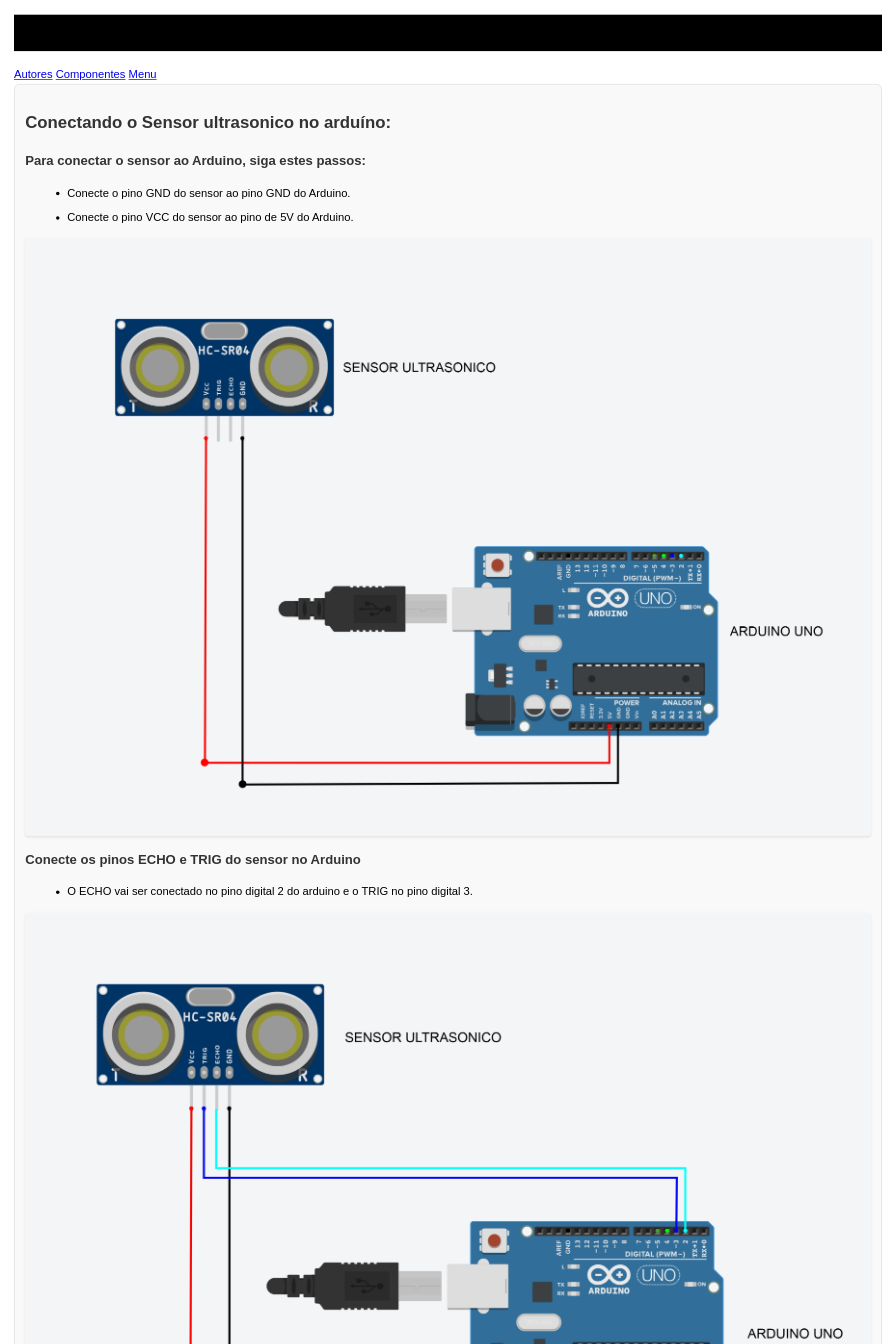
Repository: Eito2511/Site-tutorial-arduino
Page: tutorial.html
These files come from the project's save history. The page is drawn as it stood at one moment and after the next save; the edit follows.
The browser window is 1280 px wide. The pictures show the part of the page from y = 0 to 1920 px (the page is 4347 px tall before and 4499 px after), at 70% of full size.

Above is the page before, as saved 2025-06-03 18:52:51.

After the next save:
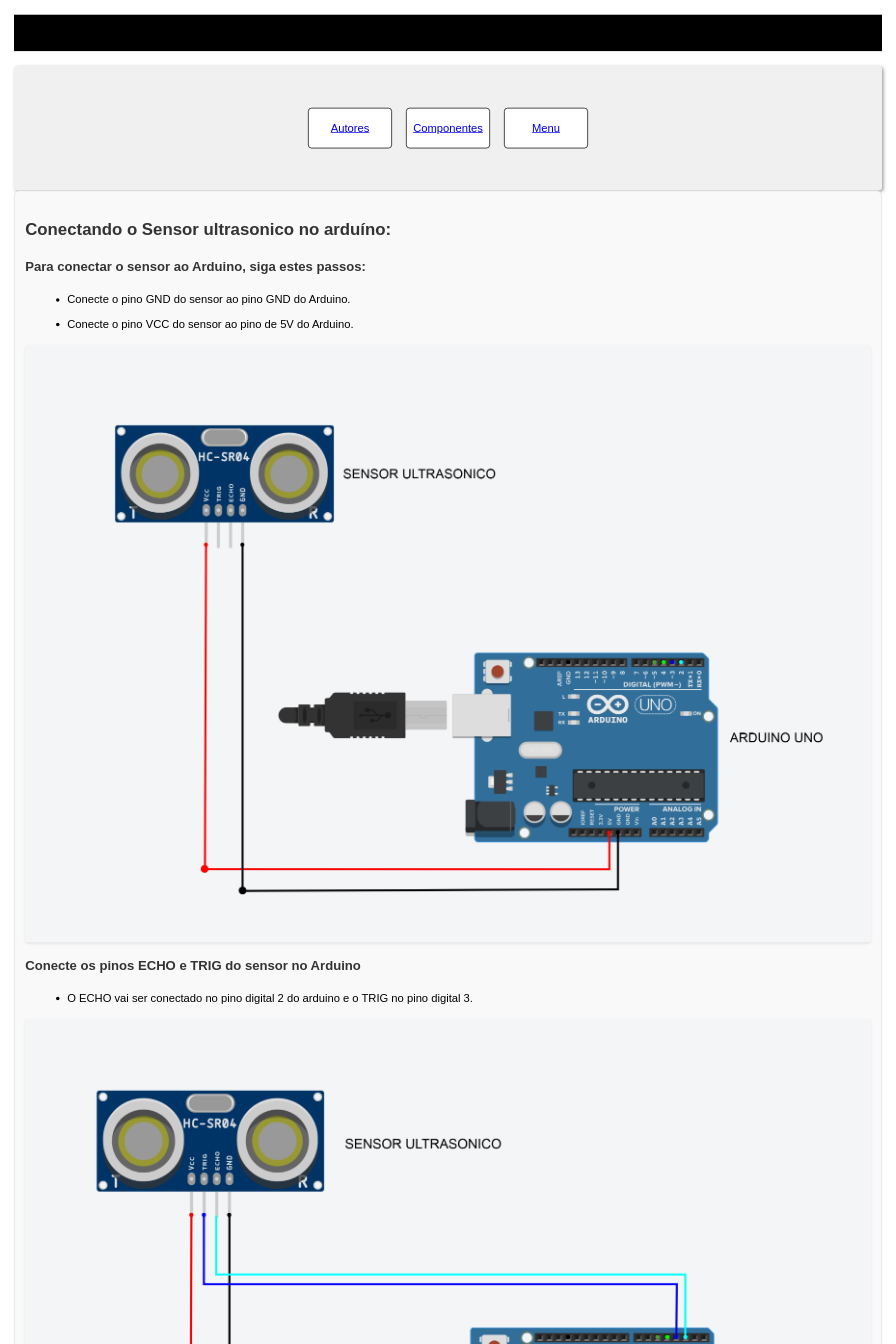
Saved 49 s later.
--- a/styles1.css
+++ b/styles1.css
@@ -1,5 +1,30 @@
 .titulo{
     background-color: rgb(0, 0, 0);
+}
+.navindex {
+    display: flex;
+    padding: 50px;
+    border-radius: 5px;
+    background-color: rgb(240, 240, 240);
+    box-shadow: 2px 2px 5px rgba(0, 0, 0, 0.4);
+    flex-wrap: wrap;
+    justify-content: center;
+}
+
+.btn {
+    background-color: #ffffff;
+    border: 1px solid #000000;
+    border-radius: 5px;
+    padding: 15px 50px;
+    margin: 10px;
+    text-align: center;
+    width: 120px;
+    display: flex;
+    flex-direction: column;
+    align-items: center;
+    justify-content: center;
+    max-width: 100%;
+    box-sizing: border-box;
 }
 
 
